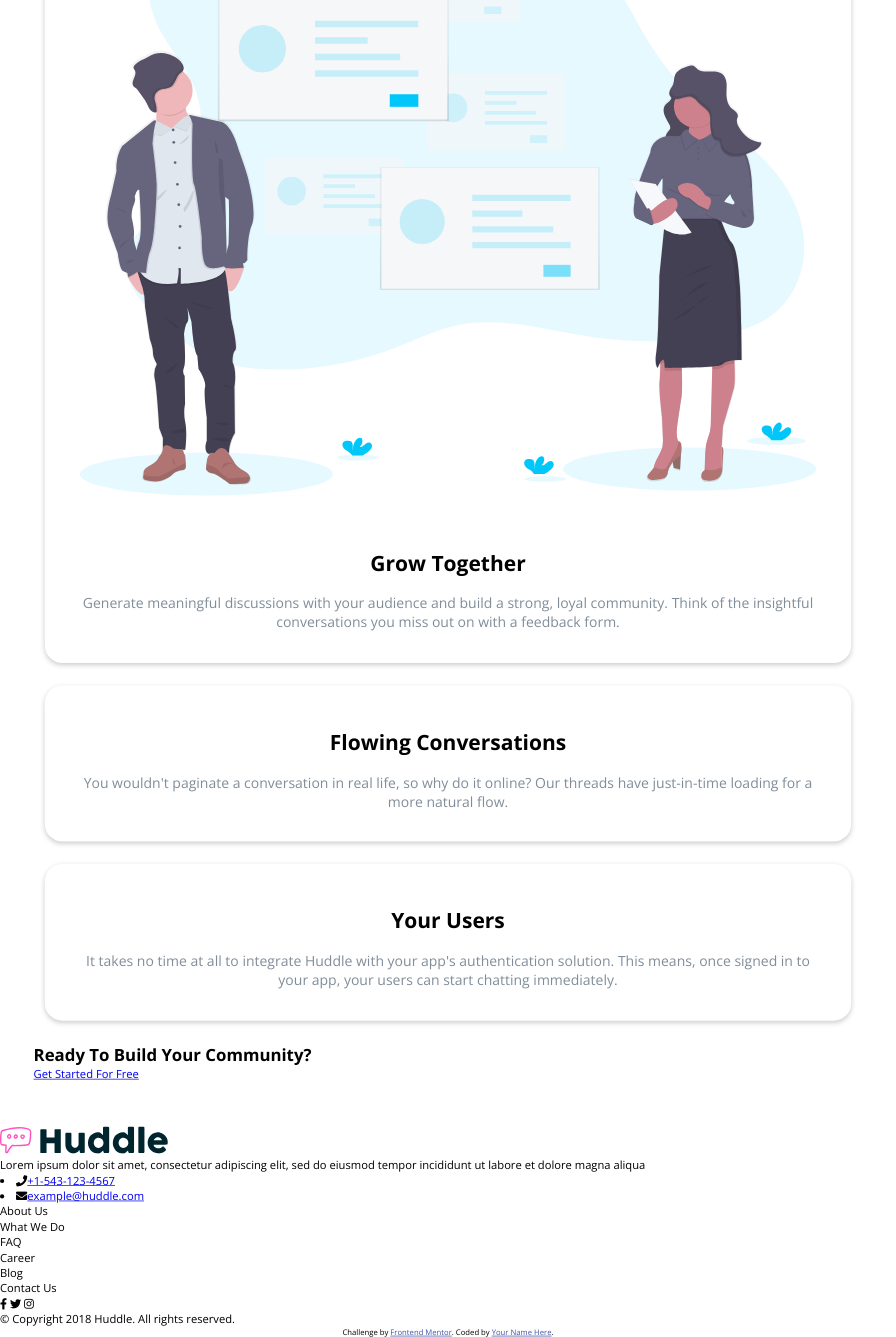
Repository: DejV44/Huddle-landing-page
Page: index.html
The author's editor kept a copy of each file at every save. The page is drawn from the files as they stood at one save, then again after the next save.
The browser window is 1280 px wide. The pictures show the part of the page from y = 1713 to 3633 px (the page is 3623 px tall before and 3633 px after), at 70% of full size.
The style sheet was rebuilt from its Sass, Less or Tailwind sources for each picture, by a compiler version that may differ from the author's.

Above is the page before, as saved 2021-08-15 22:30:27.

### index.html
<!DOCTYPE html>
<html lang="en">
<head>
  <meta charset="UTF-8">
  <meta name="viewport" content="width=device-width, initial-scale=1.0"> <!-- displays site properly based on user's device -->
  <link rel="stylesheet" href="/css/style.css">
  <link rel="stylesheet" href="/fontawesome-free-5.15.3-web/css/all.css">
  <link rel="icon" type="image/png" sizes="32x32" href="./images/favicon-32x32.png">

  <title>Frontend Mentor | Huddle landing page with alternating feature blocks</title>

</head>
<body>
  <header>
    <div class="nav">
      <div class="logo">
        <img src="/images/logo.svg" alt="logo">
      </div>
      <a href="#">Try It Free</a>
    </div>
    <content class="main">
      <article class="building">
        <h1>Build The Community Your Fans Will Love</h1>
        <h3> Huddle re-imagines the way we build communities. You have a voice, but so does your audience.
        Create connections with your users as you engage in genuine discussion.</h3>
        <a class="main-btn" href="#">Get Started For Free</a>
      </article>
      <div class="img-main">
        <img class="img" src="/images/illustration-mockups.svg" alt="">
      </div>
    </content>

  </header>
  <section class="cards">
    <div class="card-one">
      <div class="img-cards">
        <img src="/images/illustration-grow-together.svg" alt="">
      </div>
      <content class="card">
        <h2>Grow Together</h2>
        <p>Generate meaningful discussions with your audience and build a strong, loyal community.
        Think of the insightful conversations you miss out on with a feedback form.</p>
      </content>
    </div>
    <div class="card-two">
      <div class="img-cards"></div>
      <content class="card">
        <h2>Flowing Conversations</h2>
        <p>You wouldn't paginate a conversation in real life, so why do it online? Our threads
        have just-in-time loading for a more natural flow.</p>
      </content>
    </div>
    <div class="card-three">
      <div class="img-cards"></div>
      <content class="card">
        <h2>Your Users</h2>
        <p>It takes no time at all to integrate Huddle with your app's authentication solution.
        This means, once signed in to your app, your users can start chatting immediately.</p>
      </content>
    </div>
    <container class="ready">
      <h2>Ready To Build Your Community?</h2>
      <a href="#">Get Started For Free</a>
    </div>
  </section>
  <foother>
    <container class="foother">
      <div class="section1">
        <img src="/images/logo.svg" alt="logo">
        <p>Lorem ipsum dolor sit amet, consectetur adipiscing elit, sed do eiusmod tempor
        incididunt ut labore et dolore magna aliqua</p>
        <li><i class="fa fa-phone" aria-hidden="true"></i><a href="tel:+1-543-123-4567">+1-543-123-4567</a></li>
        <li><i class="fa fa-envelope" aria-hidden="true"></i><a href="example@huddle.com">example@huddle.com</a></li>
      </div>
      <div class="section2">
        <ul>
          <li>About Us</li>
          <li>What We Do</li>
          <li>FAQ</li>
        </ul>
      </div>
      <div class="section3">
        <ul>
          <li>Career</li>
          <li>Blog</li>
          <li>Contact Us</li>
        </ul>
      </div>
      <div class="copyright">
        <div class="social">
          <span><i class="fab fa-facebook-f"></i></span>
          <span><i class="fab fa-twitter"></i></span>
          <span><i class="fab fa-instagram"></i></span>
        </div>
        <p>&copy; Copyright 2018 Huddle. All rights reserved.</p>
      </div>
    </container>
  </foother>













  <footer>
    <p class="attribution">
      Challenge by <a href="https://www.frontendmentor.io?ref=challenge" target="_blank">Frontend Mentor</a>.
      Coded by <a href="#">Your Name Here</a>.
    </p>
  </footer>
</body>
</html>

### css/style.scss
* {
    margin: 0;
    padding: 0;
    //font-family: 'Poppins', sans-serif;
}

body {
    font-family: 'Open Sans', sans-serif;
}

// ---FONTS---
@import url('https://fonts.googleapis.com/css2?family=Open+Sans:wght@400;700&display=swap');
@import url('https://fonts.googleapis.com/css2?family=Poppins:wght@600&display=swap');

@import "variables";
@import "mixin";

@import "cards";
@import "header";
@import "footer";

### css/_variables.scss
$Pink: hsl(322, 100%, 66%);
$VeryPaleCyan: hsl(193, 100%, 96%);
$VeryDarkCyan: hsl(192, 100%, 9%);
$GrayishBlue: hsl(208, 11%, 55%);

### css/_mixin.scss
@mixin cards {
    margin: 2rem 1rem;
    text-align: center;
    box-shadow: rgba(39, 39, 39, 0.24) 0px 3px 8px;
    border-radius: 25px;

    .card {
        display: block;
        margin: 0rem 3rem;
        h2 {
            padding-bottom: 1.5rem;
            font-size: 30px;
        }
        p {
            font-size: 20px;
            color: $GrayishBlue;
            padding-bottom: 2.8rem;
        }
    }
    .img-cards {
        padding: 30px 50px;


            img {
                width: 100%;
                margin-bottom: 40px;
            }
    }
}

### css/_cards.scss
.cards {
    padding: 4rem 3rem;
    margin: 0 auto;

    .card-one, .card-two, .card-three {
        @include cards;
    }

}

### css/_header.scss
header {
    background: url(/images/bg-hero-mobile.svg);
    background-color: rgb(241, 241, 255);
    background-size: contain;
    background-position: center;
    background-repeat: no-repeat;
    text-align: center;

    .nav {
        display: flex;
        justify-content: space-between;
        padding: 2rem 1.6rem;


        img {
            width: 130px;
        }

        a {
            text-decoration: none;
            font-size: 13px;
            font-weight: 600;
            margin-top: -4px;
            padding: 0.3rem 1.7rem;
            background-color: white;
            border-radius: 25px;
            box-shadow: rgba(39, 39, 39, 0.24) 0px 3px 8px;
        }

    }
    .main {

        margin: 0 auto;

        .building {
            margin: 4rem 3rem;



            h1 {
                margin: 0 1.5rem;
                font-size: 35px;
            }

            h3 {
                font-weight: 400;
                font-size: 23px;
                margin: 2rem 0;
                line-height: 35px;
            }

            .main-btn {

                display: block;
                text-decoration: none;
                font-weight: 600;
                font-size: 17px;
                margin: 4rem auto;
                padding: 1rem 0;
                max-width: 350px;
                border-radius: 30px;
                background: $Pink;
                color: white;
                box-shadow: rgba(39, 39, 39, 0.24) 0px 3px 8px;
            }

        }
        .img-main {
            padding: 30px 50px;

            .img {
                width: 100%;
                margin-bottom: 40px;
            }
        }
    }


}

### css/_footer.scss





.attribution {
    font-size: 11px; text-align: center;
}
.attribution a {
    color: hsl(228, 45%, 44%);
}

Loaded but not shown: fontawesome-free-5.15.3-web/css/all.css (library)

After the next save:
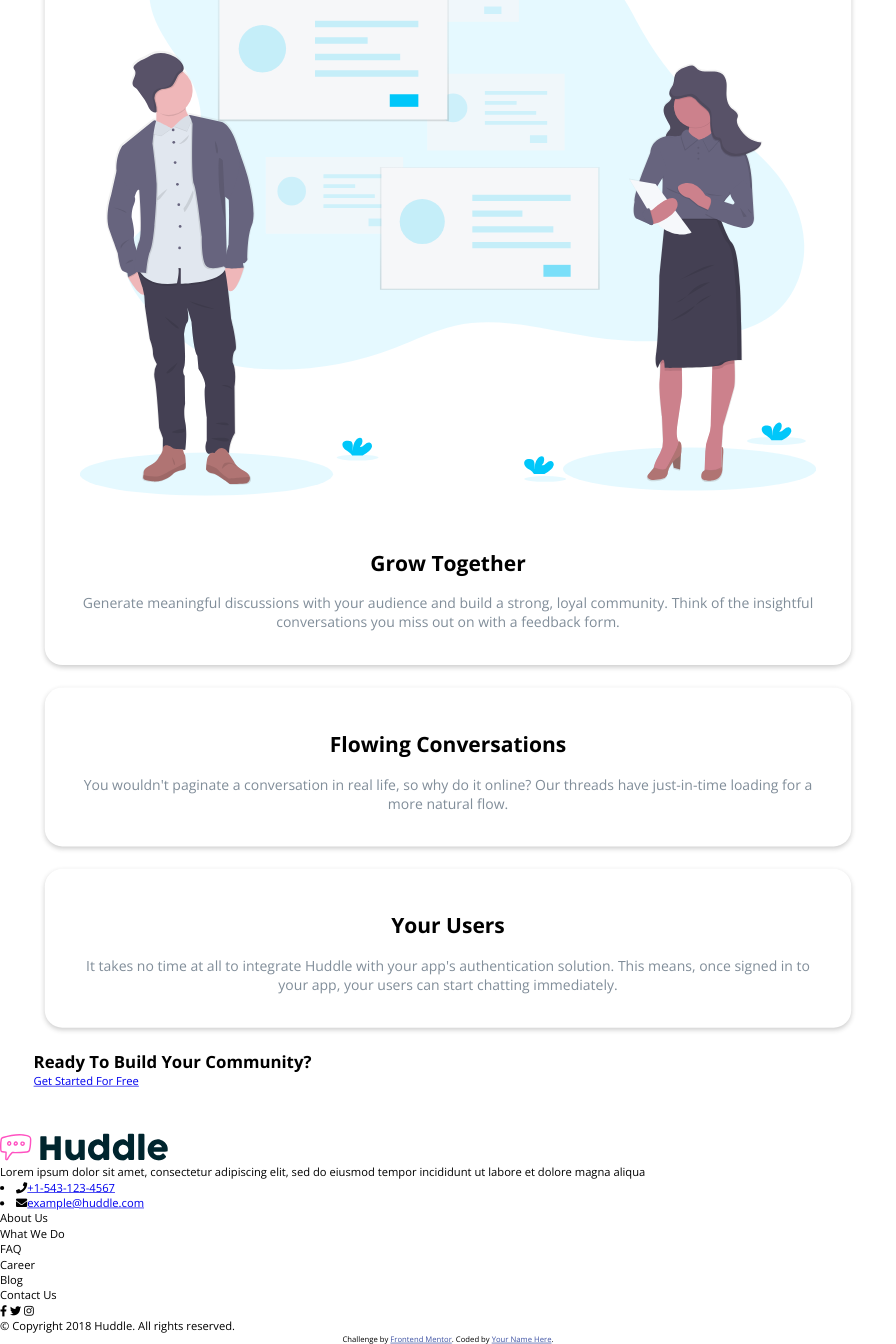
Saved 5 s later.
--- a/css/_mixin.scss
+++ b/css/_mixin.scss
@@ -14,7 +14,7 @@
         p {
             font-size: 20px;
             color: $GrayishBlue;
-            padding-bottom: 2.8rem;
+            padding-bottom: 3rem;
         }
     }
     .img-cards {
